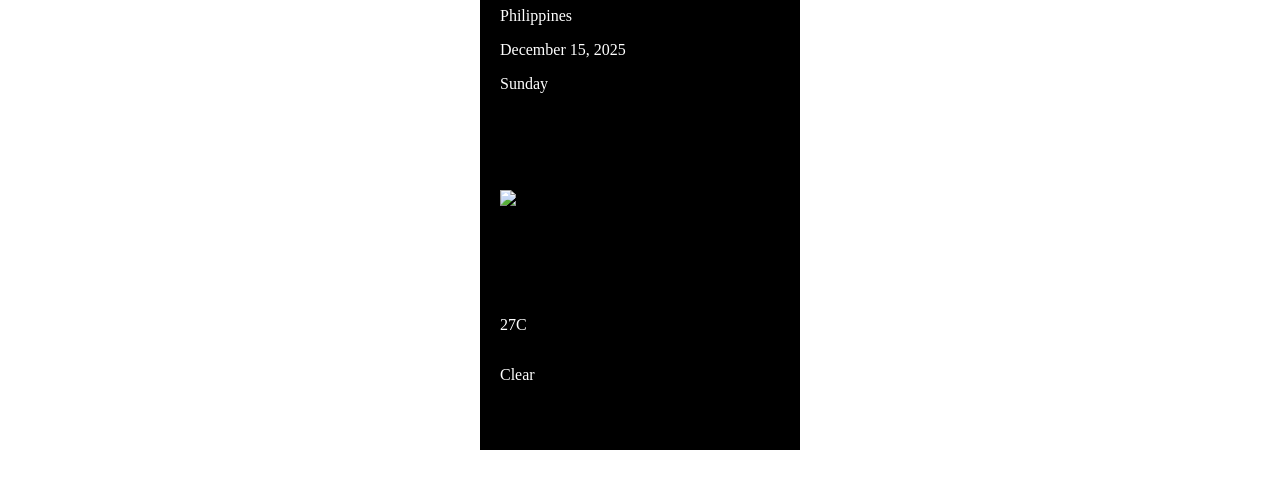
Repository: dmpelaez/weatherApp
Page: WeatherApp.html
The author's editor kept a copy of each file at every save. The page is drawn from the files as they stood at one save, then again after the next save.
The browser window is 1280 px wide. The pictures show the whole page.
The page's requests for data from a server got no answer.

Above is the page before, as saved 2025-12-14 12:10:40.

After the next save:
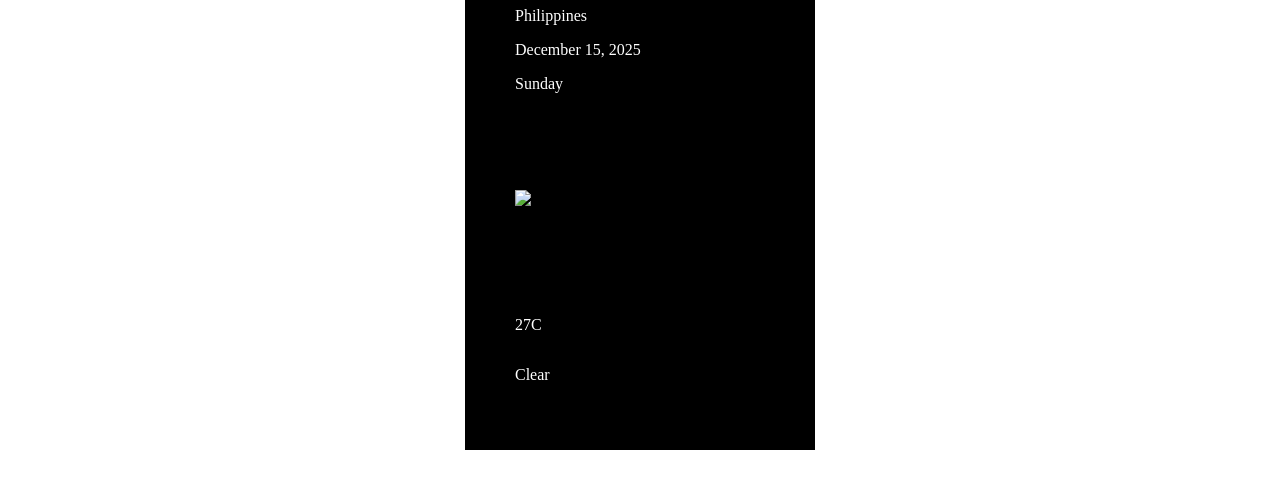
Saved 4 s later.
--- a/WeatherApp.css
+++ b/WeatherApp.css
@@ -20,7 +20,7 @@ display: flex;
   color: white;
   align-items: center;
   justify-content: start;
-  padding-left: 20px;
+  padding-left: 50px;
   width: 300px;
   height: 450px;
 }
